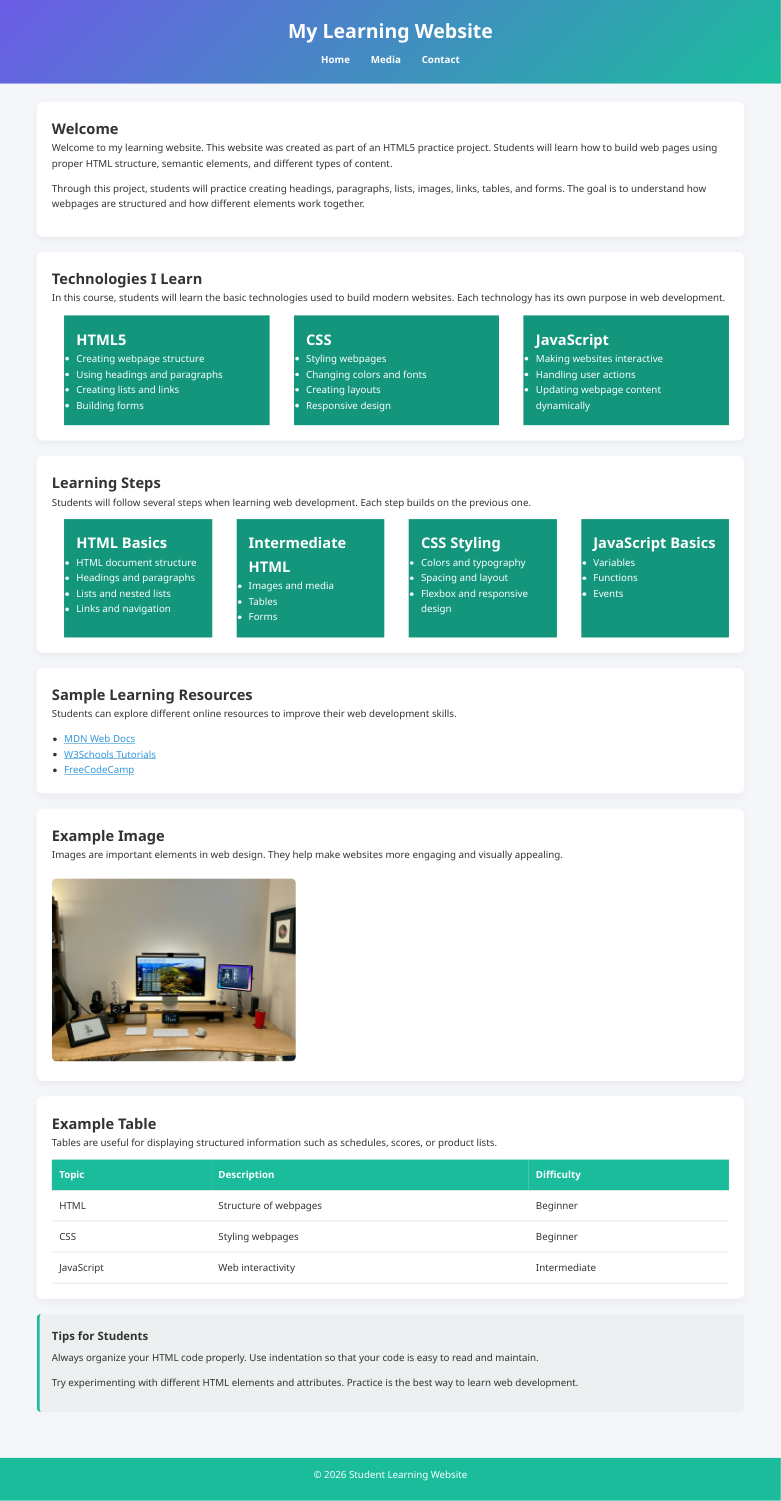
Repository: Than-sothearak/web_client_programing
Page: Week_03/index.html
The author's editor kept a copy of each file at every save. The page is drawn from the files as they stood at one save, then again after the next save.
The browser window is 1280 px wide. The pictures show the whole page, at 61% of full size.

Above is the page before, as saved 2026-03-24 21:30:35.

### Week_03/index.html
<!doctype html>
<html lang="en">
  <head>
    <meta charset="UTF-8" />
    <meta name="viewport" content="width=device-width, initial-scale=1.0" />
    <title>My Learning Website</title>
    <link rel="stylesheet" href="styles.css" />
  </head>

  <body>
    <header>
      <h1>My Learning Website</h1>

      <nav>
        <ul>
          <li><a href="index.html">Home</a></li>
          <li><a href="gallery.html">Media</a></li>
          <li><a href="contact.html">Contact</a></li>
        </ul>
      </nav>
    </header>

    <main>
      <section>
        <article>
          <h2>Welcome</h2>

          <p>
            Welcome to my learning website. This website was created as part of
            an HTML5 practice project. Students will learn how to build web
            pages using proper HTML structure, semantic elements, and different
            types of content.
          </p>

          <p>
            Through this project, students will practice creating headings,
            paragraphs, lists, images, links, tables, and forms. The goal is to
            understand how webpages are structured and how different elements
            work together.
          </p>
        </article>
      </section>

      <section>
        <h2>Technologies I Learn</h2>

        <p>
          In this course, students will learn the basic technologies used to
          build modern websites. Each technology has its own purpose in web
          development.
        </p>

        <ul class="card-container">
          <li class="card">
            <h2>HTML5</h2>
            <ul>
              <li>Creating webpage structure</li>
              <li>Using headings and paragraphs</li>
              <li>Creating lists and links</li>
              <li>Building forms</li>
            </ul>
          </li>

          <li class="card">
            <h2>CSS</h2>
            <ul>
              <li>Styling webpages</li>
              <li>Changing colors and fonts</li>
              <li>Creating layouts</li>
              <li>Responsive design</li>
            </ul>
          </li>

          <li class="card">
            <h2>JavaScript</h2>
            <ul>
              <li>Making websites interactive</li>
              <li>Handling user actions</li>
              <li>Updating webpage content dynamically</li>
            </ul>
          </li>
        </ul>
      </section>

      <section>
        <h2>Learning Steps</h2>

        <p>
          Students will follow several steps when learning web development. Each
          step builds on the previous one.
        </p>

        <ol class="card-container">
          <li class="card">
            <h2>HTML Basics</h2>
            <ul>
              <li>HTML document structure</li>
              <li>Headings and paragraphs</li>
              <li>Lists and nested lists</li>
              <li>Links and navigation</li>
            </ul>
          </li>

          <li class="card">
           <h2>Intermediate HTML</h2>
            <ul>
              <li>Images and media</li>
              <li>Tables</li>
              <li>Forms</li>
            </ul>
          </li>

          <li class="card">
            <h2>CSS Styling</h2>
            <ul>
              <li>Colors and typography</li>
              <li>Spacing and layout</li>
              <li>Flexbox and responsive design</li>
            </ul>
          </li>

          <li class="card">
            <h2>JavaScript Basics</h2>
            <ul>
              <li>Variables</li>
              <li>Functions</li>
              <li>Events</li>
            </ul>
          </li>
        </ol>
      </section>

      <section>
        <h2>Sample Learning Resources</h2>

        <p>
          Students can explore different online resources to improve their web
          development skills.
        </p>

        <ul>
          <li>
            <a href="https://developer.mozilla.org" target="_blank">
              MDN Web Docs
            </a>
          </li>

          <li>
            <a href="https://www.w3schools.com" target="_blank">
              W3Schools Tutorials
            </a>
          </li>

          <li>
            <a href="https://www.freecodecamp.org" target="_blank">
              FreeCodeCamp
            </a>
          </li>
        </ul>
      </section>

      <section>
        <h2>Example Image</h2>

        <p>
          Images are important elements in web design. They help make websites
          more engaging and visually appealing.
        </p>

        <img src="../images/computer.png" alt="Computer setup" width="400" />
      </section>

      <section>
        <h2>Example Table</h2>

        <p>
          Tables are useful for displaying structured information such as
          schedules, scores, or product lists.
        </p>

        <table>
          <tr>
            <th>Topic</th>
            <th>Description</th>
            <th>Difficulty</th>
          </tr>

          <tr>
            <td>HTML</td>
            <td>Structure of webpages</td>
            <td>Beginner</td>
          </tr>

          <tr>
            <td>CSS</td>
            <td>Styling webpages</td>
            <td>Beginner</td>
          </tr>

          <tr>
            <td>JavaScript</td>
            <td>Web interactivity</td>
            <td>Intermediate</td>
          </tr>
        </table>
      </section>

      <aside>
        <h3>Tips for Students</h3>

        <p>
          Always organize your HTML code properly. Use indentation so that your
          code is easy to read and maintain.
        </p>

        <p>
          Try experimenting with different HTML elements and attributes.
          Practice is the best way to learn web development.
        </p>
      </aside>
    </main>

    <footer>
      <p>© 2026 Student Learning Website</p>
    </footer>
  </body>
</html>

### Week_03/styles.css
/* Reset basic spacing */

/* Reset */

* {
  margin: 0;
  padding: 0;
  box-sizing: border-box;
}

/* Body */

body {
  font-family: "Segoe UI", Arial, sans-serif;
  background: #f4f6f9;
  color: #333;
  line-height: 1.6;
}

/* Header */

header {
  background: linear-gradient(135deg, #6c5ce7, #1abc9c);
  color: white;
  padding: 25px 20px;
  text-align: center;
}

/* Navigation */

nav ul {
  list-style: none;
  margin-top: 10px;
}

nav ul li {
  display: inline-block;
  margin: 0 15px;
}

nav a {
  color: white;
  text-decoration: none;
  font-weight: 600;
  transition: 0.3s;
}

nav a:hover {
  color: #1abc9c;
}

/* Main container */

main {
  max-width: 1200px;
  margin: auto;
  padding: 30px 20px;
}

/* Section cards */

section {
  background: white;
  padding: 25px;
  margin-bottom: 25px;
  border-radius: 10px;
  box-shadow: 0 5px 15px rgba(0, 0, 0, 0.05);
}

/* Headings */

h1 {
  font-size: 32px;
  margin-bottom: 10px;
}


h3 {
  margin-bottom: 10px;
}

/* Paragraph */

p {
  margin-bottom: 15px;
}

/* Lists */

.card-container {
  display: flex;
  gap: 20px;
  list-style: none;
}

.card {
  padding: 20px;
  color: white;
  width: 100%;
  background-color: #13967c;
}
.card li {
  margin-left: 0px;
}
li {
  margin-left: 20px;
  list-style:disc;
}



/* Links */

a {
  color: #3498db;
}

a:hover {
  text-decoration: underline;
}

/* Image styling */

img {
  max-width: 100%;
  height: auto;
  border-radius: 8px;
  margin-top: 10px;
}

/* Table */

table {
  width: 100%;
  border-collapse: collapse;
  margin-top: 10px;
}

th,
td {
  padding: 12px;
  text-align: left;
  border-bottom: 1px solid #ddd;
}

th {
  background: #1abc9c;
  color: white;
}

tr:hover {
  background: #f1f1f1;
}

/* Aside */

aside {
  background: #ecf0f1;
  padding: 20px;
  border-left: 5px solid #1abc9c;
  border-radius: 8px;
  margin-bottom: 25px;
}

/* Footer */

footer {
  text-align: center;
  background: #1abc9c;
  color: white;
  padding: 15px;
  margin-top: 20px;
}

/* Responsive Design */

@media (max-width: 768px) {
  nav ul li {
    display: block;
    margin: 10px 0;
  }

  main {
    padding: 20px 15px;
  }

  h1 {
    font-size: 26px;
  }
}

.images-gallery {
  width: 100%;
  display: flex;
  flex-wrap: wrap;
  gap: 20px;
}

.images-gallery figure {
  flex: 1 1 calc(50% - 20px);
}

.images-gallery img {
  width: 100%;
  height: auto;
}

figcaption {
  margin-top: 8px;
  font-size: 14px;
  color: #555;
}

@media (max-width: 768px) {
  .images-gallery {
    flex-direction: column;
    align-items: center;
  }


}

After the next save:
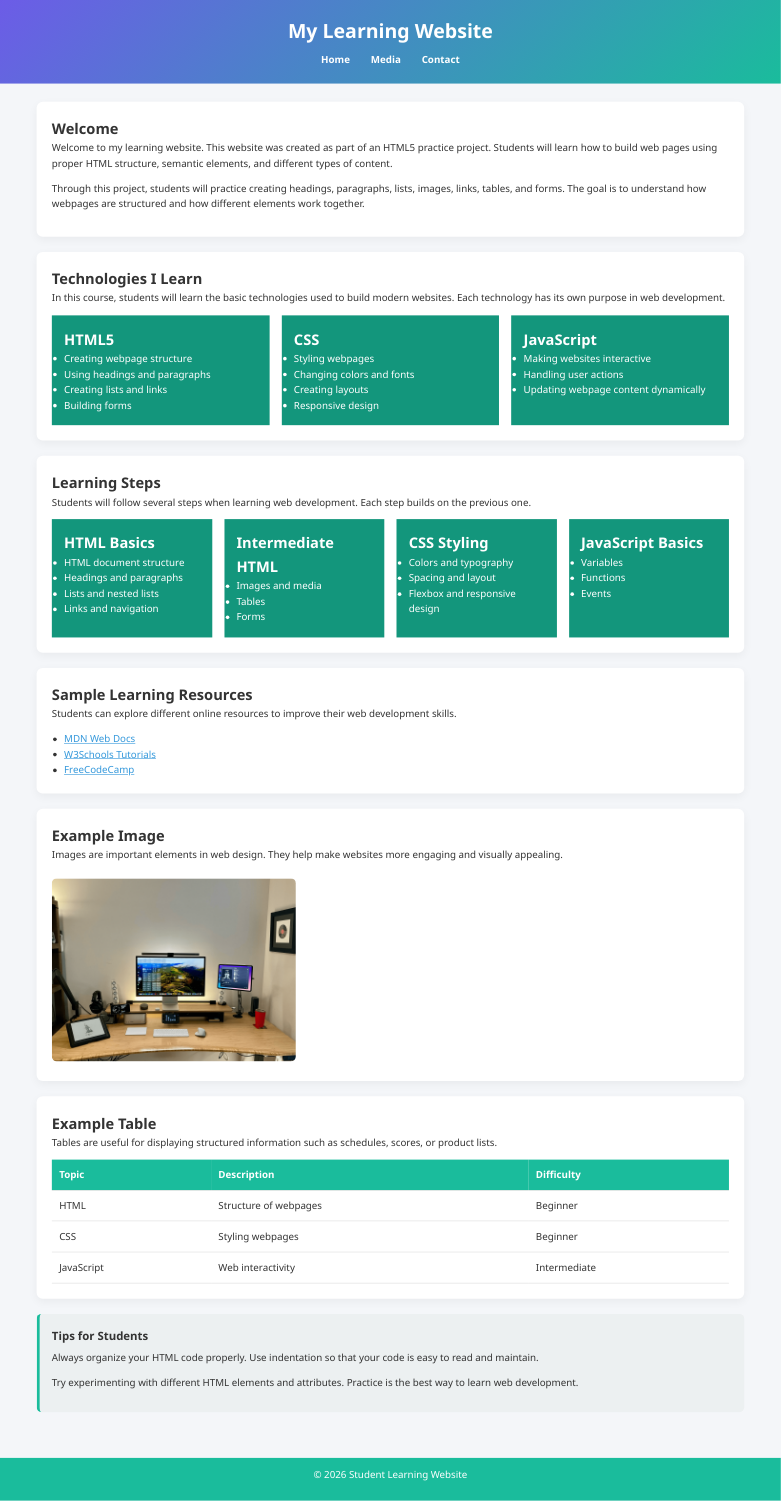
Saved 18 s later.
--- a/Week_03/styles.css
+++ b/Week_03/styles.css
@@ -99,7 +99,7 @@ p {
   width: 100%;
   background-color: #13967c;
 }
-.card li {
+.card-container li {
   margin-left: 0px;
 }
 li {
